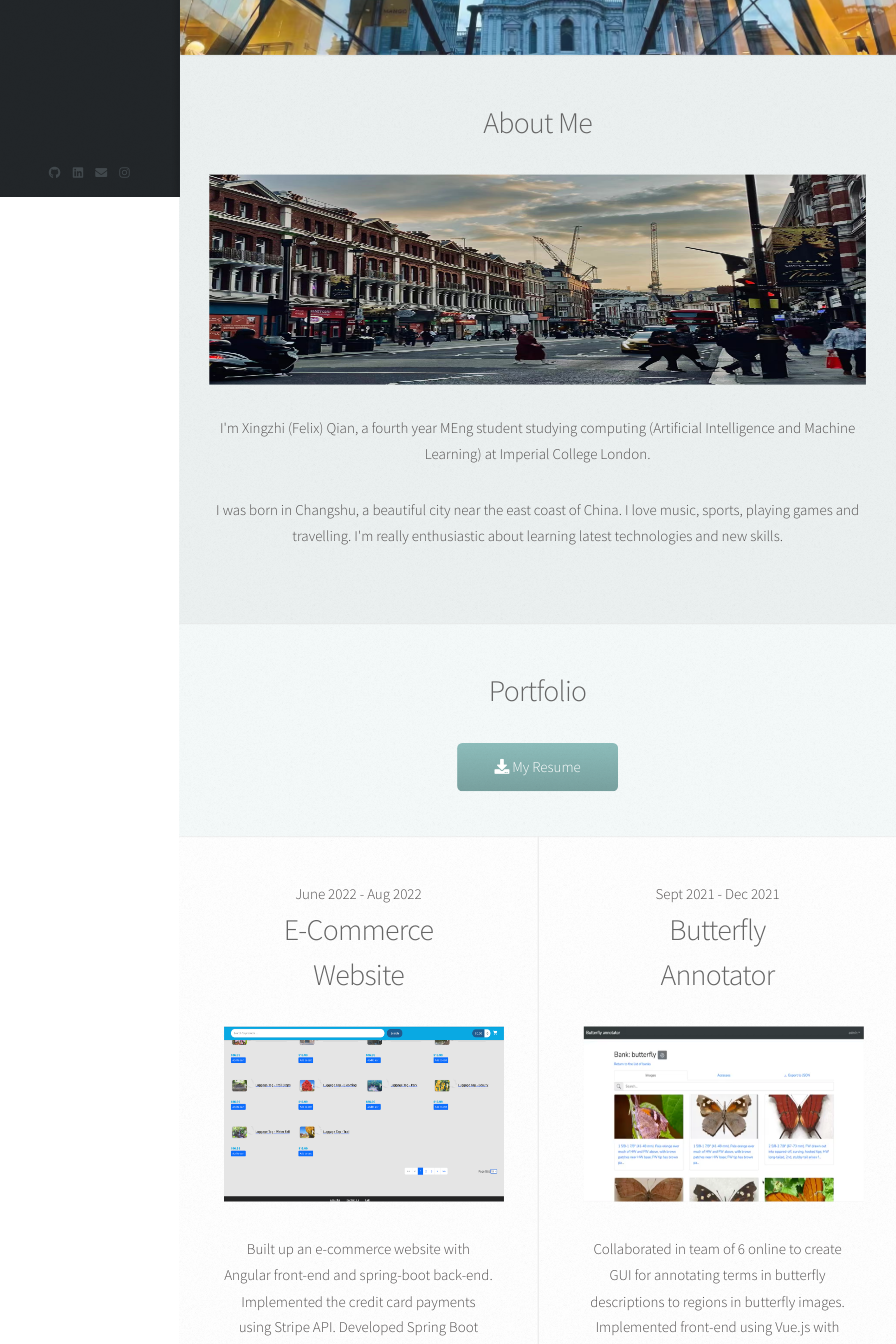
Repository: Felixqxz/Felixqxz.github.io
Page: index.html
These files come from the project's save history. The page is drawn as it stood at one moment and after the next save; the edit follows.
The browser window is 1280 px wide. The pictures show the part of the page from y = 438 to 2358 px (the page is 5466 px tall before and 5566 px after), at 70% of full size.

Above is the page before, as saved 2022-08-02 15:14:56.

After the next save:
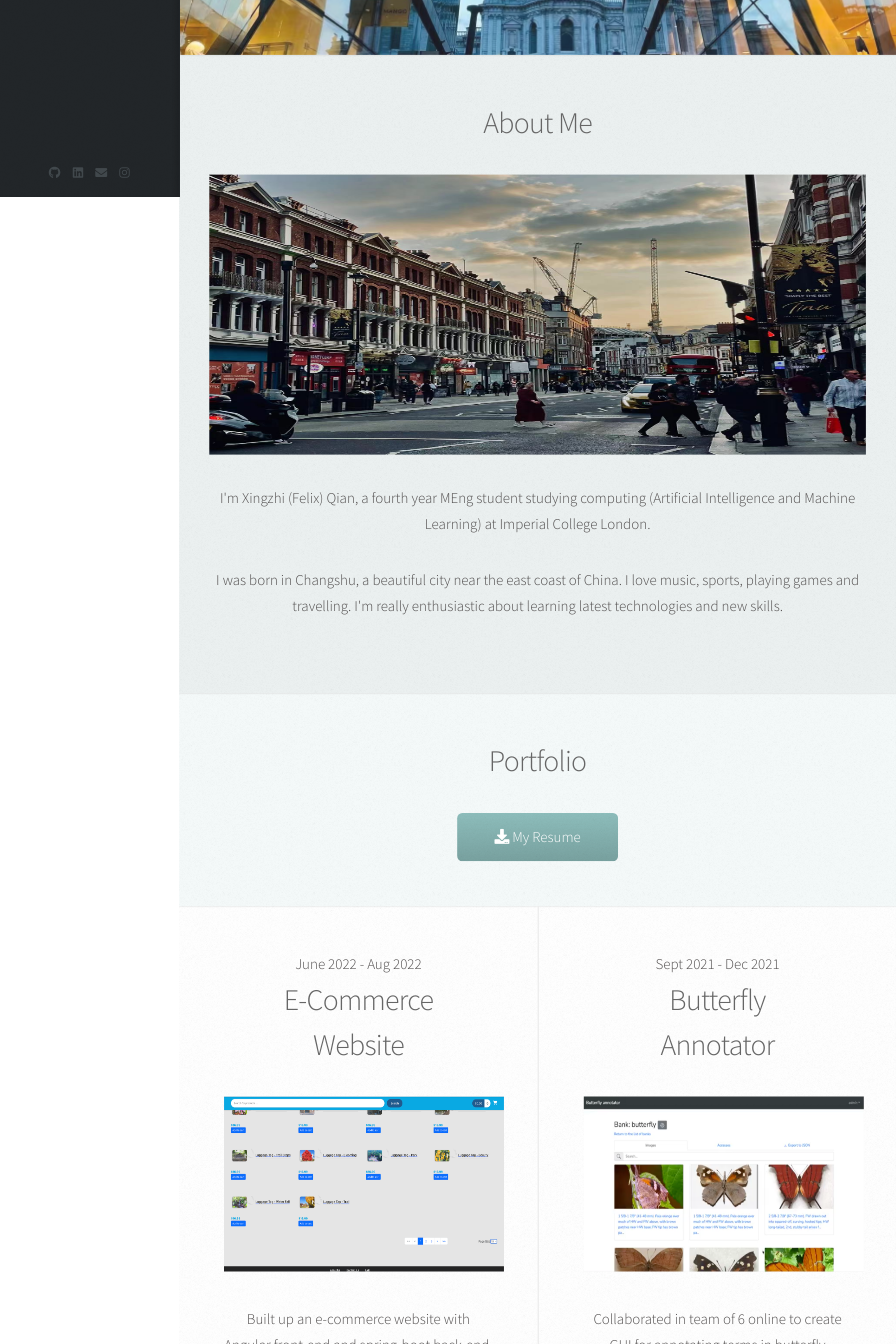
Saved 5 s later.
--- a/index.html
+++ b/index.html
@@ -80,7 +80,7 @@
 								<h2>About Me</h2>
 							</header>
 
-							<a href="#" class="image featured"><img src="images/about.jpeg" height="300" alt="" /></a>
+							<a href="#" class="image featured"><img src="images/about.jpeg" height="400" alt="" /></a>
 
 							<p>I'm Xingzhi (Felix) Qian, a fourth year MEng student studying computing (Artificial Intelligence and Machine Learning) at Imperial College London. </p>
 							<p>I was born in Changshu, a beautiful city near the east coast of China. I love music, sports, playing games and travelling.
